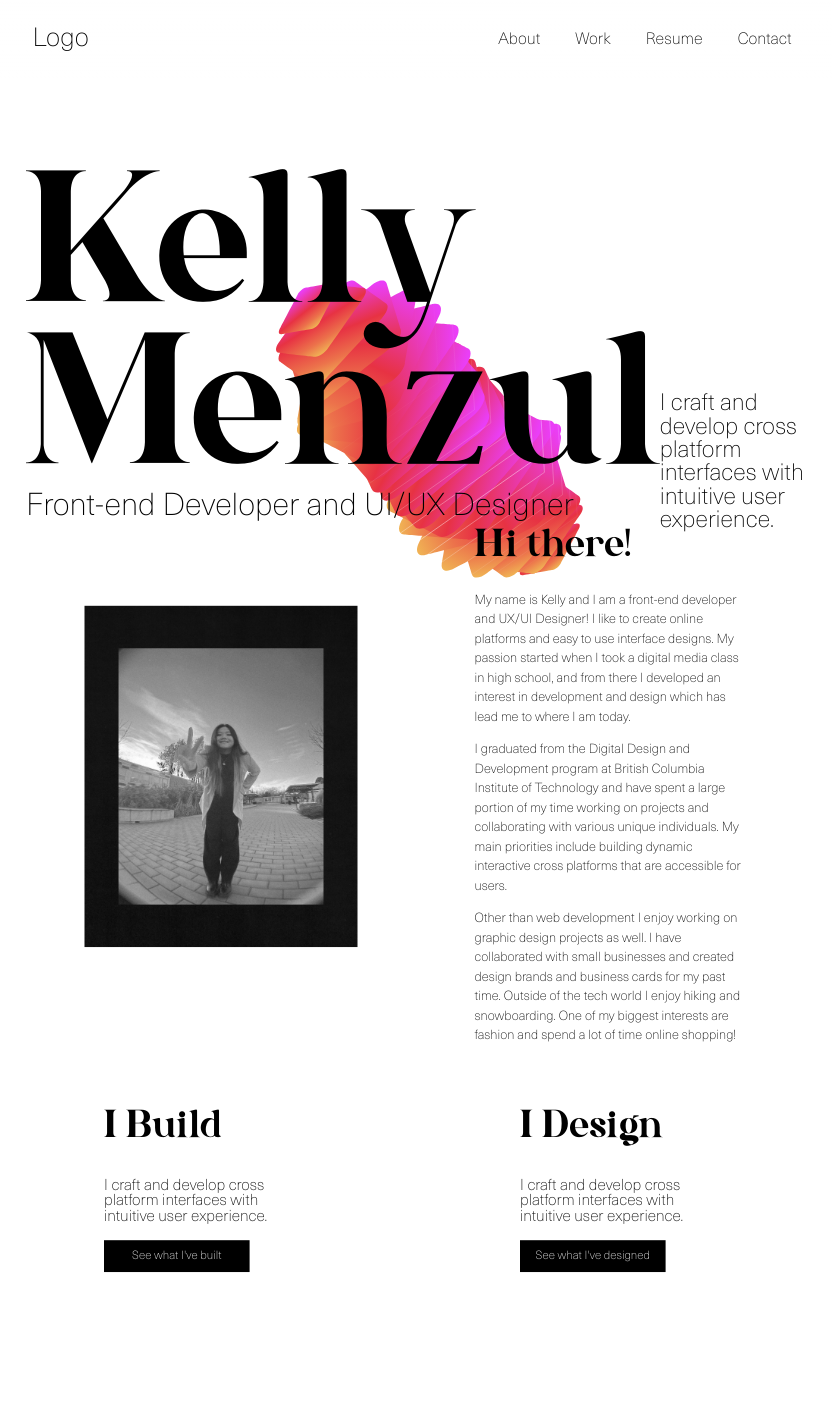
Repository: KellyMenzul/Kelly-Menzul
Page: /
These files come from the project's save history. The page is drawn as it stood at one moment and after a run of saves; the edit follows.
The browser window is 1280 px wide. The pictures show the whole page, at 65% of full size.
The project was rebuilt for these pictures with package versions that can differ from the ones it lists, and the page was loaded fresh each time. The framework's server and built-in components were replaced by stand-ins that run in the browser. Also part of the build but not shown: next.config.js.

Above is the page before, as saved 2022-01-20 15:19:30.

### pages/_document.js
import Document from 'next/document';
import { ServerStyleSheet } from 'styled-components';

export default class MyDocument extends Document {
 static async getInitialProps(ctx) {
   const sheet = new ServerStyleSheet();
   const originalRenderPage = ctx.renderPage;

   try {
     ctx.renderPage = () =>
       originalRenderPage({
         enhanceApp: (App) => (props) =>
           sheet.collectStyles(<App {...props} />),
       });

     const initialProps = await Document.getInitialProps(ctx);
     return {
       ...initialProps,
       styles: (
         <>
           {initialProps.styles}
           {sheet.getStyleElement()}
         </>
       ),
     };
   } finally {
     sheet.seal();
   }
 }
}

### pages/index.js
import Image from 'next/image'
import styled from 'styled-components'
import MenuBar from '../comps/MenuBar'
import Name from '../comps/Name'
import Position from '../comps/Position'
import Intro from '../comps/Intro'
import Head from '../comps/Head'
import Work from '../comps/Work'
import { useState, useEffect } from "react";
import Load from '../comps/Load'


const Holder = styled.div`
display:flex;
flex-direction:column;
width:100%;
flex-wrap:wrap;
`
const MenuHolder = styled.div`
display:flex;
flex-direction:column;
width:100%;
position:fixed;
z-index:2;
`
const LandingHolder = styled.div`
display:flex;
position:relative;
width:100%;
height:100vh;
padding:40px;
flex-wrap:wrap;
`
const LandingHolderLeft = styled.div`
display:flex;
width:100%;
flex:2;
flex-direction:column;
justify-content:flex-end;
`

const LandingHolderRight = styled.div`
display:flex;
flex:1;
align-items:flex-end;
justify-content:flex-end;
`

const NameHolder = styled.div``

const IntroHolder = styled.div`
display:flex;
`
// About

const AboutHolder = styled.div`
display:flex;
flex-direction:row;
width:100%;
height:100vh;
padding:40px;
flex-wrap:wrap;
`

const  AboutHolderLeft = styled.div`
flex:1;
display:flex;
flex-direction:column;
justify-content:center;
align-items:center;
`

const  AboutHolderRight = styled.div`
display:flex;
flex-direction:column;
align-items:center;
justify-content:center;
flex:1;
`
const AboutMeHolder = styled.div`
display:flex;
flex-direction:column;
width:70%;
`

// work

const WorkHolder = styled.div `
display:flex;
flex-direction:row;
width:100%;
height:100vh;
flex-wrap:wrap;
`
const  WorkHolderLeft = styled.div`
display:flex;
align-items:center;
justify-content:center;
flex:1;
`

const  WorkHolderRight = styled.div`
flex:1;
display:flex;
align-items:center;
justify-content:center;
`

const LoadHolder = styled.div`
position:absolute;
z-index:-1;

`
const TextHolder  =styled.div``

const HeroImage = styled.img`
width:70%;
`

export default function Home() {
  // const [setup1, setSetup1] =  useState(false)

  // if (setup1 === false) {
  //   setTimeout(() => {
  //     setSetup1(true)
  //   },5000)

  //   return <LoadHolder>
  //     <Load/>
  //     <TextHolder>Welcome</TextHolder>
  //   </LoadHolder>
  // }

  return (
    <Holder>
      <MenuHolder>
        <MenuBar />
      </MenuHolder>


      <LandingHolder id='landing'>
        <LoadHolder>
          <Load/>
        </LoadHolder>

        <LandingHolderLeft>
          <NameHolder>
            <Name/>
            <Position topmargin='-160px'/>
          </NameHolder>
        </LandingHolderLeft>

        <LandingHolderRight>
          <IntroHolder>
           <Intro/>
          </IntroHolder>
        </LandingHolderRight>
      </LandingHolder>

      <AboutHolder id='about'>
        <AboutHolderLeft>
          <HeroImage src='/me.png'/>
        </AboutHolderLeft>
        <AboutHolderRight>
            <AboutMeHolder>
              <Head text='Hi there!'/>
              <Position fontsize='20px' text='My name is Kelly and I am a front-end developer and UX/UI Designer! I like to create online platforms and easy to use interface designs. My passion started when I took a digital media class in high school, and from there I developed an interest in development and design which has lead me to where I am today.'/>
              <Position fontsize='20px' text='I graduated from the Digital Design and Development program at British Columbia Institute of Technology and have spent a large portion of my time working on projects and collaborating with various unique individuals. My main priorities include building dynamic interactive cross platforms that are accessible for users.'/>
              <Position fontsize='20px' text='Other than web development I enjoy working on graphic design projects as well. I have collaborated with small businesses and created design brands and business cards for my past time. Outside of the tech world I enjoy hiking and snowboarding. One of my biggest interests are fashion and spend a lot of time online shopping!'/>
            </AboutMeHolder>
        </AboutHolderRight>
      </AboutHolder>

      <WorkHolder id='work'>
        <WorkHolderLeft>
          <Work routeTo='/development' buttontext="See what I've built" text='I craft and develop cross platform interfaces with intuitive user experience.' headerhere='I Build'/>
        </WorkHolderLeft>
        <WorkHolderRight>
          <Work routeTo='/design' buttontext="See what I've designed" text='I craft and develop cross platform interfaces with intuitive user experience.' headerhere='I Design'/>
        </WorkHolderRight>
      </WorkHolder>



    </Holder>
  )
}

### styles/globals.css
@font-face {
  font-family: "textbold";
  src: url(../public/fonts/NeueHaasUnica/NeueHaasUnica-Bold.ttf);
  font-display: swap;
}

@font-face {
  font-family: "textlight";
  src: url(../public/fonts/NeueHaasUnica/NeueHaasUnica-ExtraLight.ttf);
  font-display: swap;
}

@font-face {
  font-family: "heading";
  src: url(../public/fonts/GishellaMorely/Gishella\ Morely.ttf);
  font-display: swap;
}

html,
body {
  padding: 0;
  margin: 0;
  font-family: "textlight";
  scroll-behavior: smooth;
}


a {
  color: inherit;
  text-decoration: none;
}

* {
  box-sizing: border-box;
}

### comps/MenuBar/index.js
import styled from "styled-components";
import React from "react";
import Link from "next/link";

const Holder = styled.div `
display:flex;
align-items:center;
justify-content:center;
width:100%;
background: rgb(255,255,255);
background: linear-gradient(180deg, rgba(255,255,255,1) 0%, rgba(148,187,233,0) 100%);
`
const LogoHolder = styled.div `
margin-left:50px;
`

const Left = styled.div`
flex:1;
`

const Right = styled.div`
flex:1;
display:flex;
justify-content:flex-end;
`

const MenuButtonHolder = styled.div`
display:flex;
flex-firection:row;
width:100%;
justify-content:flex-end;
gap:30px;
margin-right:50px;
`

const MenuButton = styled.button`
border-style:none;
background-color:${props=>props.bgcolor};
font-family:"textlight";
font-size:25px;
color:black;
padding:12px;

&:hover {
    text-decoration:underline;
}
`

const Logo = styled.p`
font-size:40px;
`


const MenuBar = ({
    onButtonPress=()=>{},
    bgcolor="transparent",
}) => {

    return <Holder>
        <Left>
            <Link href="#landing">
            <LogoHolder>
                <Logo>Logo</Logo>
            </LogoHolder>
            </Link>
        </Left>
        <Right>
            <MenuButtonHolder>
                <Link href="#about">
                    <MenuButton bgcolor={bgcolor} onClick={()=>{onButtonPress()}}>About</MenuButton>
                </Link>

                <Link href="#work">
                <MenuButton bgcolor={bgcolor}>Work</MenuButton>
                </Link>

                <MenuButton bgcolor={bgcolor}>Resume</MenuButton>

                <Link href="mailto:kmnzul@gmail.com">
                <MenuButton bgcolor={bgcolor}>Contact</MenuButton>
                </Link>

            </MenuButtonHolder>
        </Right>
    </Holder>
}

export default MenuBar;

### comps/Name/index.js
import styled from "styled-components";
import React from "react";
import { style } from "@mui/system";

const TextHolder = styled.div `
dispay:flex;
flex-wrap:wrap;
width:100%;

`

const Text = styled.h1`
font-family:"heading";
font-size:288px;
font-weight:400;
line-height:250px;
`

const Name = ({}) => {
    return <TextHolder>
        <Text>Kelly Menzul</Text>
        </TextHolder>

}

export default Name;

### comps/Position/index.js
import styled from "styled-components";
import React from "react";

const TextHolder = styled.div`
dispay:flex;
flex-wrap:wrap;
width:100%;
`

const Text = styled.p`
font-family:"textlight";
font-size:${props=>props.fontsize};
font-weight:400;
margin-top:${props=>props.topmargin};
line-height:30px;
`
// margin-top:-160px;
const Position = ({
    text = "Front-end Developer and UI/UX Designer",
    fontsize = "48px",
    topmargin = "0px"
}) => {
    return <TextHolder>
    <Text topmargin={topmargin} fontsize={fontsize}>{text}</Text>
    </TextHolder>
}

export default Position;

### comps/Intro/index.js
import styled from "styled-components";
import React from "react";

const TextHolder = styled.div `
dispay:flex;
flex-wrap:wrap;
width:100%;

`

const Text = styled.h1`
font-family:"textlight";
font-weight:400;
font-size:36px;
`

const Intro = ({}) => {
    return <TextHolder>
        <Text>I craft and develop cross platform interfaces with intuitive user experience.</Text>
        </TextHolder>

}

export default Intro;

### comps/Head/index.js
import styled from "styled-components";
import React from "react";

const TextHolder = styled.div `
dispay:flex;
flex-wrap:wrap;
width:100%;

`

const Text = styled.h1`
font-family:"heading";
font-size:${props=>props.headsize};
font-weight:400;
`

const Head = ({
    headsize="60px",
    text="Heading"
}) => {
    return <TextHolder>
        <Text headsize={headsize}>{text}</Text>
        </TextHolder>

}

export default Head;

### comps/Work/index.js
import styled from "styled-components";
import React from "react";
import Head from "../Head";
import Position from "../Position";
import router, {useRouter} from 'next/router';

const Holder = styled.div `
display:flex;
flex-direction:column;
width:50%;
`

const Header = styled.h2 `
font-family:"heading";
font-size:${props=>props.headsize};
font-weight:400;
`

const Text = styled.p `
font-family:"textlight";
font-size:${props=>props.fontsize};
font-weight:400;
margin-top:${props=>props.topmargin};
`

const Button = styled.button `
border-style:none;
font-family:"textlight";
color:white;
background-color:black;
font-size:18px;
padding:15px;
width:70%;
transition:1s;

&: hover {
    background-color:#FF312E;
}


`

// margin-top:-160px;
const Work = ({
    headsize="60px",
    text = "text",
    fontsize = "24px",
    topmargin = "0px",
    headerhere='header',
    buttontext =  "buttontext",
    routeTo = '/.'

}) => {
    return <Holder>
        <Header headsize={headsize}>{headerhere}</Header>
        <Text topmargin={topmargin} fontsize={fontsize}>{text}</Text>
        <Button onClick={()=>router.push(routeTo)}>{buttontext}</Button>

    </Holder>
}

export default Work;

### comps/Load/index.js
import styled from 'styled-components';
import React, {useEffect, useRef, useState} from 'react';
import lottie from 'lottie-web';


const Container = styled.div`
    width:100%;
`

// const Buttons = styled.button``
var anim = null;


const Load = ({}) => {
    const container = useRef(null)

    useEffect(() => {
        anim = lottie.loadAnimation({
            container: container.current,
            renderer: 'svg',
            loop: true,
            autoplay:true,
            animationData: require('../../public/load.json')

        })
        lottie.setSpeed(0.1);
    }, [])

    return <Container>
        <div className="container" ref={container}></div>
    </Container>
}

export default Load;

Loaded but not shown: pages/_app.js (common file); public/load.json (1 lines, source omitted)

After the next 4 saves:
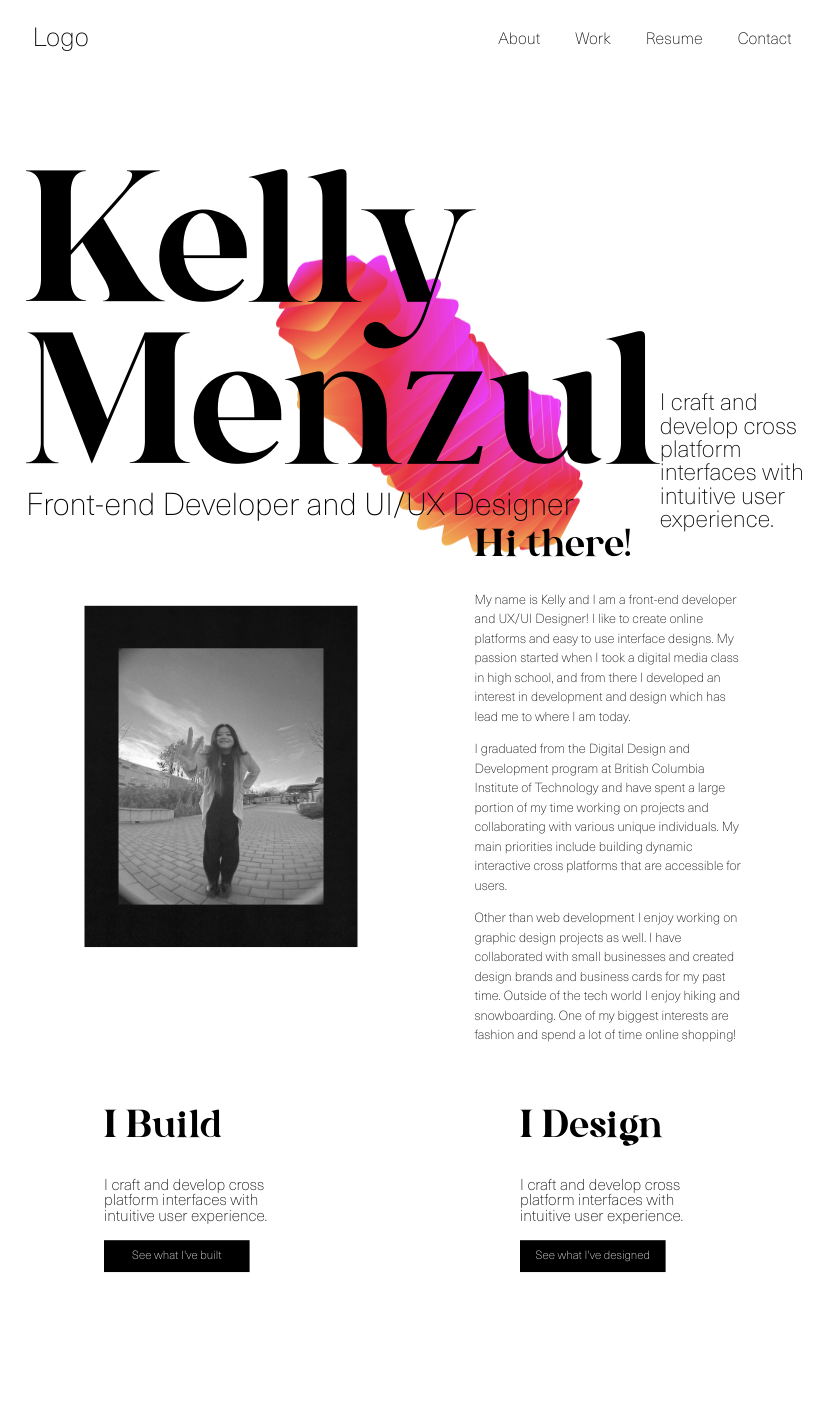
The 4 saves are shown as one change because they came seconds apart.
The last was saved 21 s later.
--- a/pages/index.js
+++ b/pages/index.js
@@ -109,6 +109,7 @@ justify-content:center;
 const LoadHolder = styled.div`
 position:absolute;
 z-index:-1;
+top:1px;
 
 `
 const TextHolder  =styled.div``
